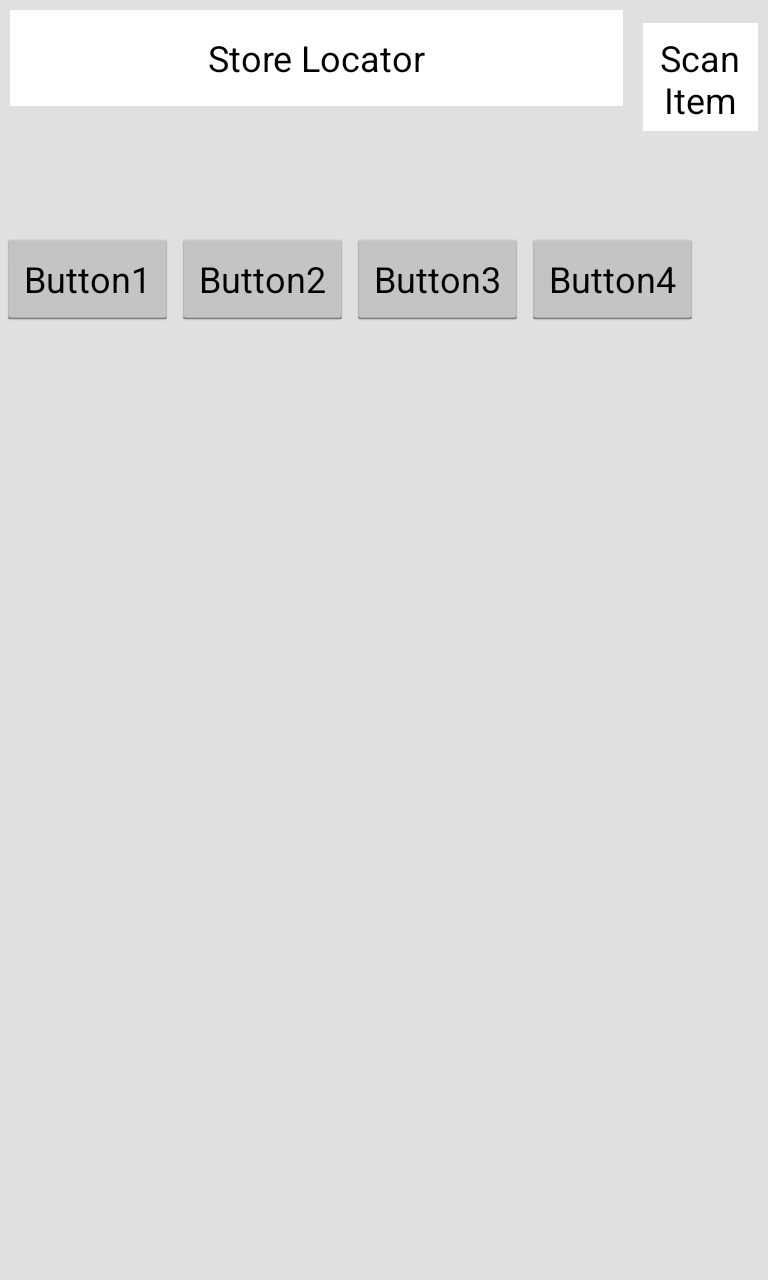
Repository: bvaardal/CTTC
Layout: eclipseAndroidADT2Workspace/HellowWorld/res/layout/activity_main.xml
The author's editor kept a copy of each file at every save. The layout is drawn from the files as they stood at one save, then again after the next save.
It is drawn on a 768 x 1280 px phone screen (xhdpi) without system bars, with theme CustomActionBarTheme; the app's code is not run. Lists and similar views that code fills are empty. The app's manifest (not shown) leaves right-to-left support off. So textAlignment, textDirection and layoutDirection are ignored, and left and right values win over start and end ones.

Above is the layout before, as saved 2013-11-19 05:46:03.

After the next save:
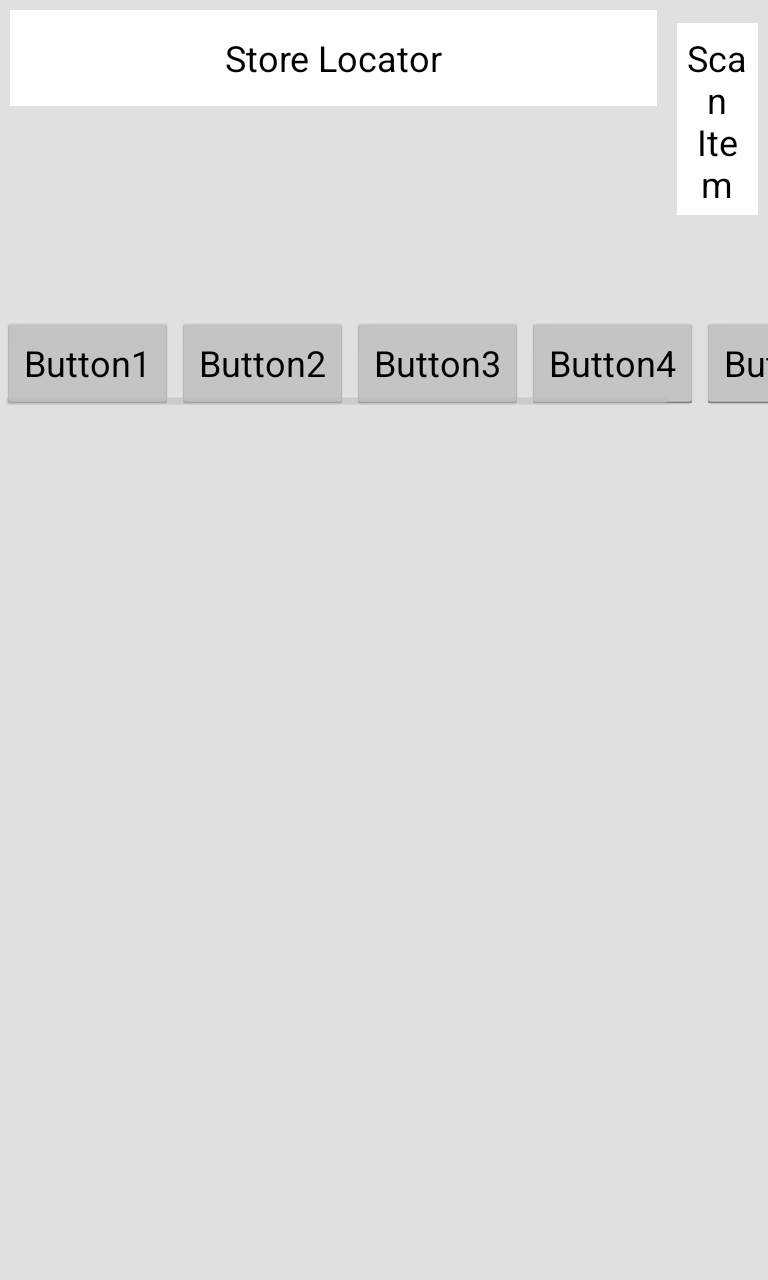
Saved 6 s later.
--- a/eclipseAndroidADT2Workspace/HellowWorld/res/layout/activity_main.xml
+++ b/eclipseAndroidADT2Workspace/HellowWorld/res/layout/activity_main.xml
@@ -83,7 +83,7 @@
                     android:layout_height="wrap_content"
                     android:text="Button4"/>
                                 <Button
-                    android:layout_width="wrapContent"
+                    android:layout_width="wrap_content"
                     android:layout_height="wrap_content"
                     android:text="Button5"/>
 
